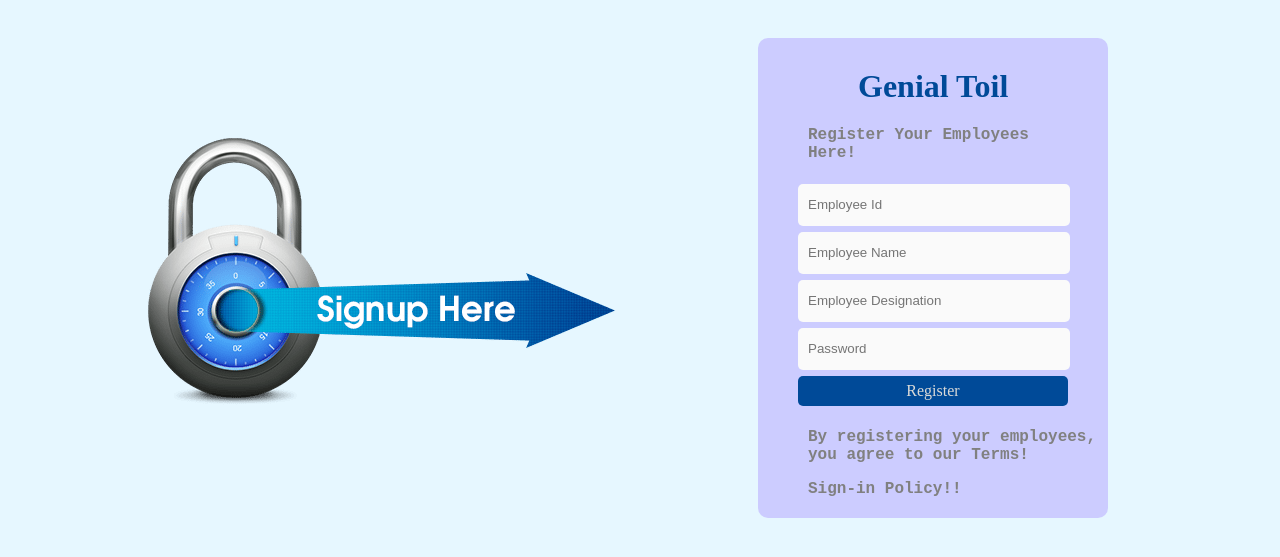
Repository: robin9533/Basic-Programs-App.
Page: GW-Genial Work Proj/GT_GenialToil/WebContent/EmployeeSignup.html
The author's editor kept a copy of each file at every save. The page is drawn from the files as they stood at one save, then again after the next save.
The browser window is 1280 px wide. The pictures show the whole page.

Above is the page before, as saved 2019-05-11 10:26:53.

After the next save:
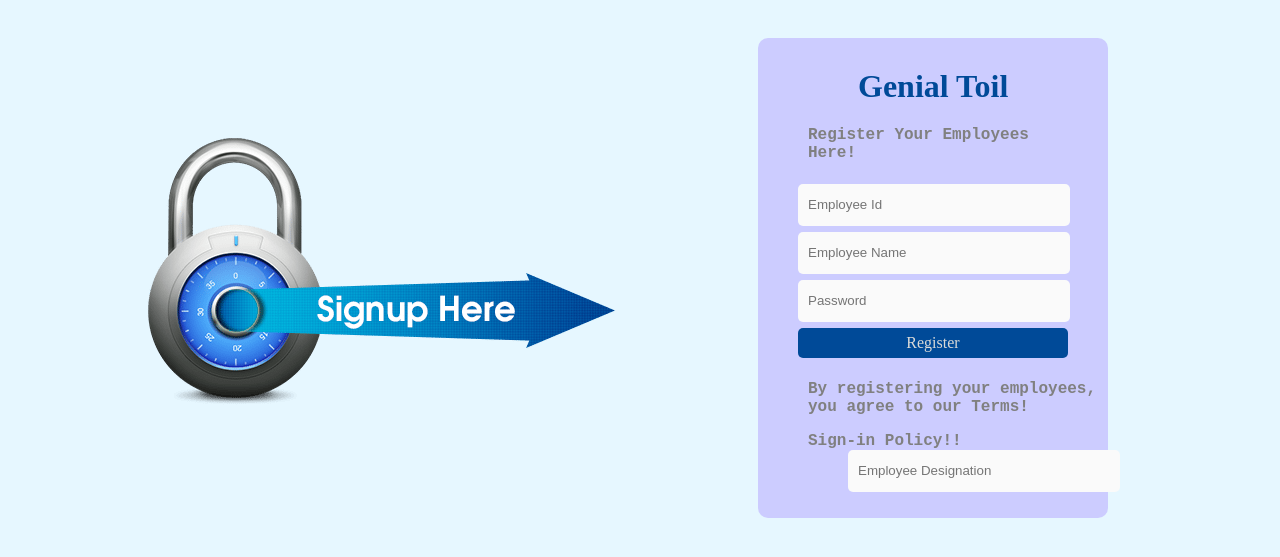
Saved 33 s later.
--- a/GW-Genial Work Proj/GT_GenialToil/WebContent/EmployeeSignup.html
+++ b/GW-Genial Work Proj/GT_GenialToil/WebContent/EmployeeSignup.html
@@ -19,13 +19,12 @@
 		<Form action="EmployeeSignupServlet">
 
 			<input type="text" name="empId" placeholder="Employee Id"> <input
-				type="text" name="empName" placeholder="Employee Name"> <input
-				type="text" name="empDes" placeholder="Employee Designation">
+				type="text" name="empName" placeholder="Employee Name">
 			<input type="password" name="empPass" placeholder="Password">
 			<button type="button">Register</button>
 
 			<h5>By registering your employees, you agree to our Terms! </h5>
-				<h5>Sign-in Policy!!</h5>
+				<h5>Sign-in Policy!!<input type="text" name="empDes" placeholder="Employee Designation"></h5>
 
 		</Form>
 	</div>
